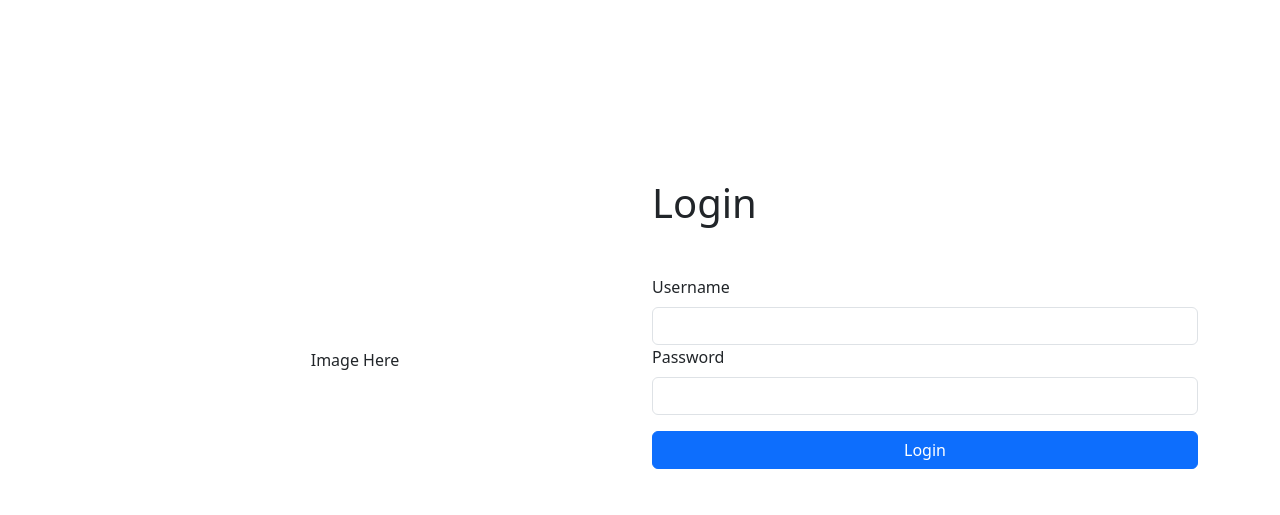
Repository: oboioz/SimpleTodoApp
Page: /logout (app in SimpleTodoAppFrontEnd/todo-app/)
These files come from the project's save history. The page is drawn as it stood at one moment and after the next save; the edit follows.
The browser window is 1280 px wide. The pictures show the whole page.
The project was rebuilt for these pictures with package versions that can differ from the ones it lists, and the page was loaded fresh each time.

Above is the page before, as saved 2024-04-03 19:58:58.

After the next save:
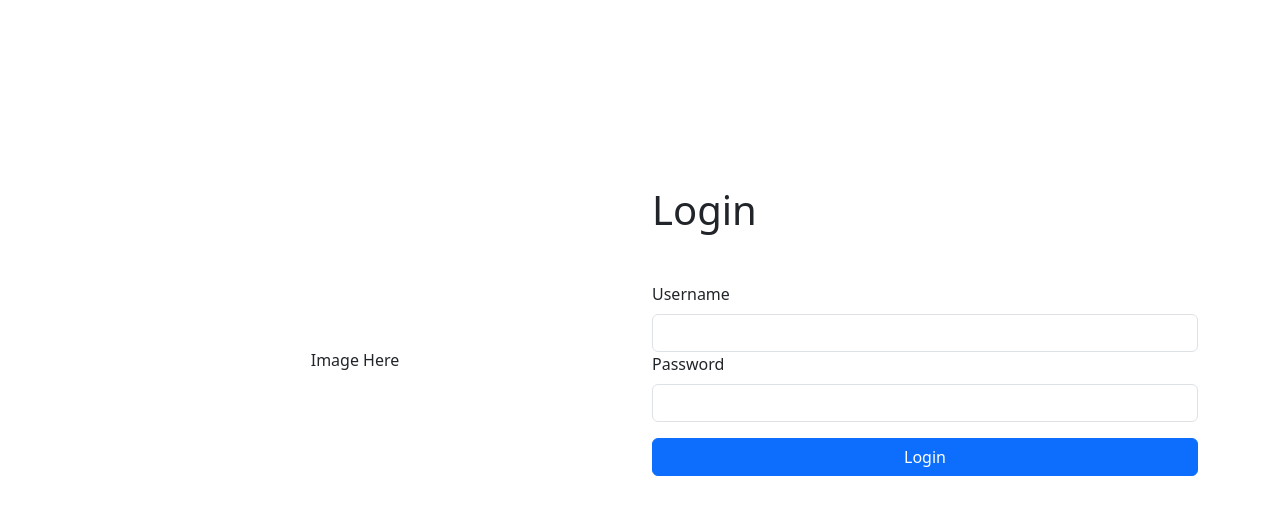
Saved 7 s later.
--- a/SimpleTodoAppFrontEnd/todo-app/src/components/todo/Login/LoginStyle.css
+++ b/SimpleTodoAppFrontEnd/todo-app/src/components/todo/Login/LoginStyle.css
@@ -11,5 +11,5 @@
     text-align: left;
     justify-content: left;
     align-items: left;
-    margin-top: -10vh;
+    margin-top: -8vh;
 }
